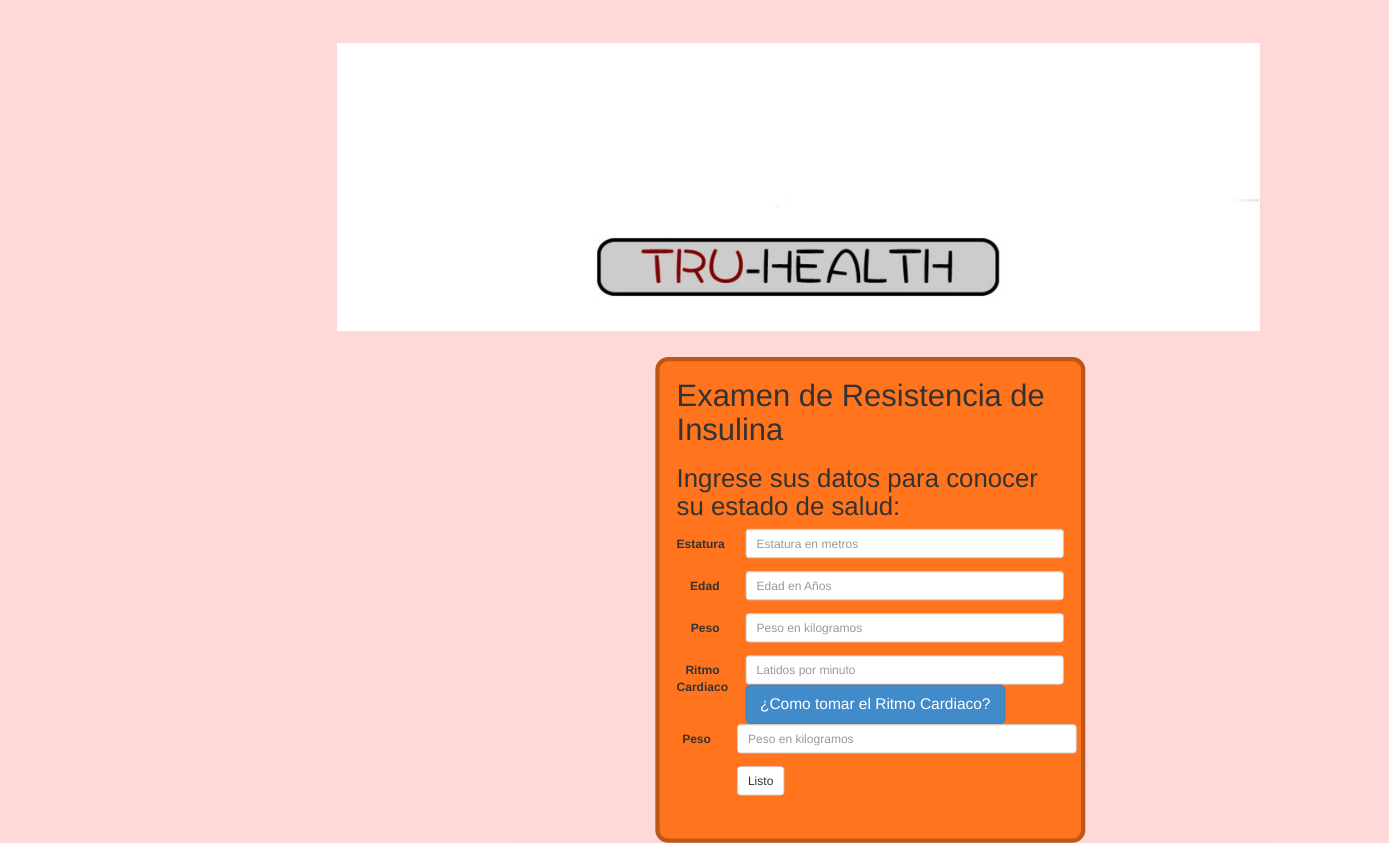
Repository: GabrielAvilesR/GabrielAvilesR.github.io
Page: Tru-Health/Tru-Health/index.html
The author's editor kept a copy of each file at every save. The page is drawn from the files as they stood at one save, then again after the next save.
The browser window is 1280 px wide. The page is 1615 px wide, so the pictures cover 1615 px, including what lies to the right of the window. The pictures show the whole page, at 86% of full size.
Some web fonts or font styles are not loaded; a fallback is used. Some web libraries are served in a nearby version.

Above is the page before, as saved 2014-04-05 22:38:01.

After the next save:
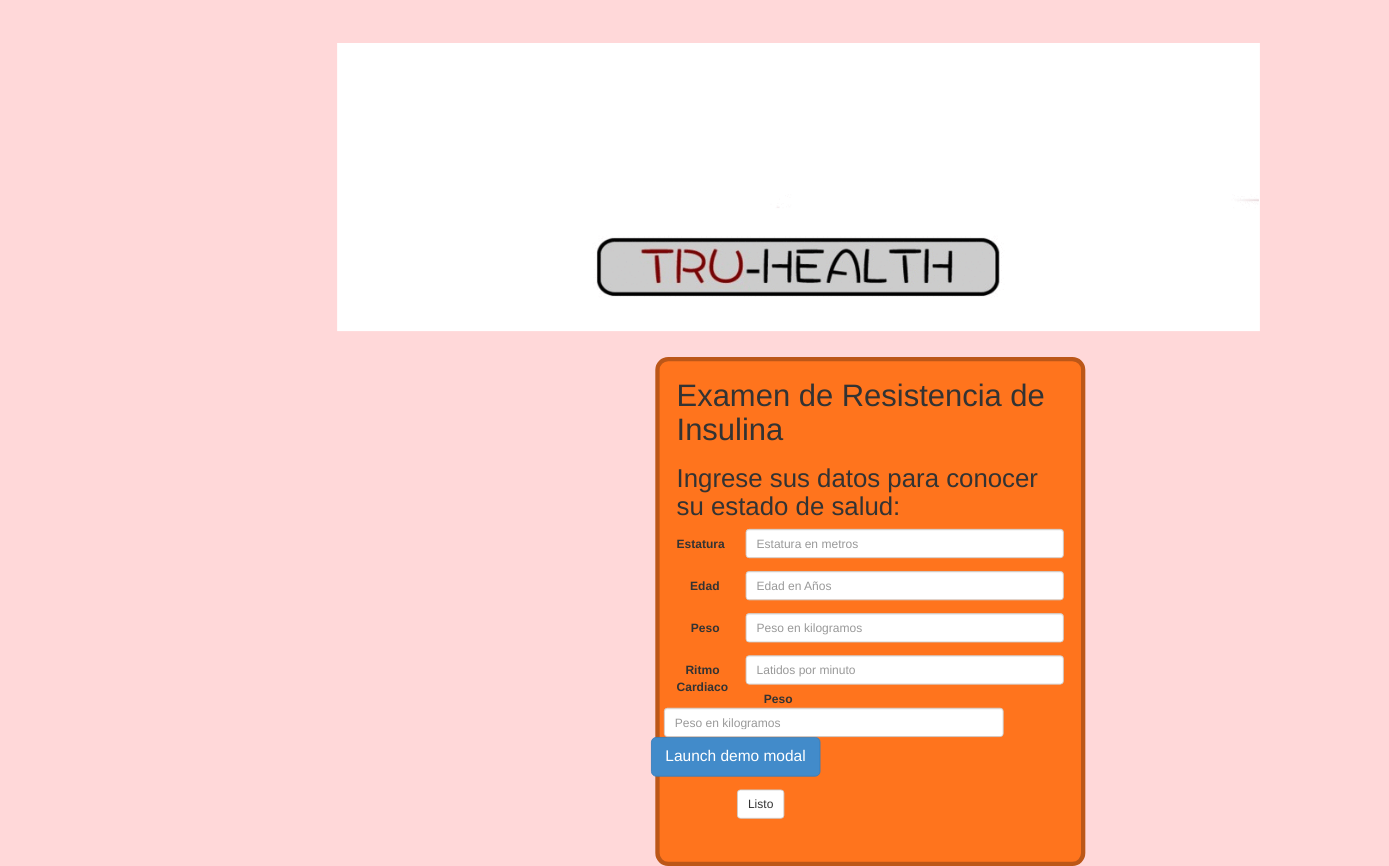
Saved 4 min 31 s later.
--- a/Tru-Health/Tru-Health/index.html
+++ b/Tru-Health/Tru-Health/index.html
@@ -58,9 +58,15 @@
     <label for="RitmoCardiaco" class="col-sm-2 control-label">Ritmo Cardiaco</label>
     <div class="col-sm-10">
       <input type="number" class="form-control" id="Weight" placeholder="Latidos por minuto">
-     	<!-- Button trigger modal -->
+  </div>
+  <div class="form-group">
+    <label for="Weight" class="col-sm-2 control-label">Peso</label>
+    <div class="col-sm-10">
+      <input type="number" class="form-control" id="Weight" placeholder="Peso en kilogramos">
+    </div>
+    <!-- Button trigger modal -->
 <button class="btn btn-primary btn-lg" data-toggle="modal" data-target="#myModal">
- ¿Como tomar el Ritmo Cardiaco?
+  Launch demo modal
 </button>
 
 <!-- Modal -->
@@ -69,10 +75,10 @@
     <div class="modal-content">
       <div class="modal-header">
         <button type="button" class="close" data-dismiss="modal" aria-hidden="true">&times;</button>
-        <h4 class="modal-title" id="myModalLabel">¿Como tomar el Ritmo Cardiaco?</h4>
+        <h4 class="modal-title" id="myModalLabel">Modal title</h4>
       </div>
       <div class="modal-body">
-        Estoy bien pinche harto de esta mamada, FunCIOna!!!
+        ...
       </div>
       <div class="modal-footer">
         <button type="button" class="btn btn-default" data-dismiss="modal">Close</button>
@@ -81,12 +87,6 @@
     </div>
   </div>
 </div>
-  </div>
-  <div class="form-group">
-    <label for="Weight" class="col-sm-2 control-label">Peso</label>
-    <div class="col-sm-10">
-      <input type="number" class="form-control" id="Weight" placeholder="Peso en kilogramos">
-    </div>
   </div>
   <div class="form-group">
     <div class="col-sm-offset-2 col-sm-10">
